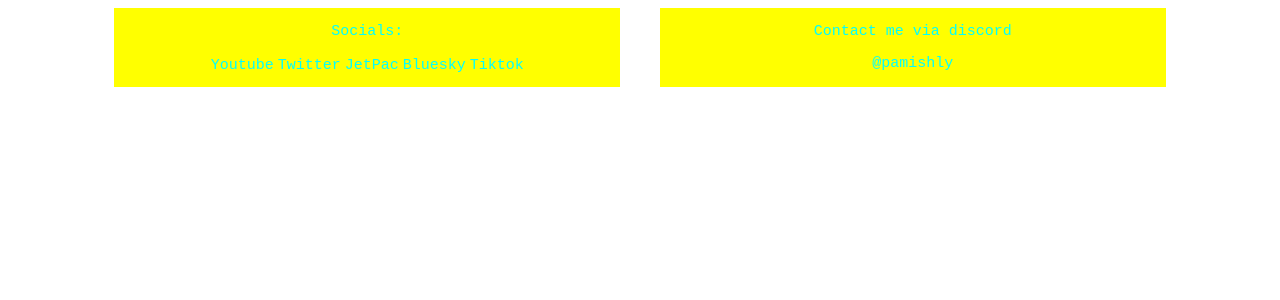
Repository: Pamishly/resources
Page: footer.html
These files come from the project's save history. The page is drawn as it stood at one moment and after the next save; the edit follows.
The browser window is 1280 px wide. The pictures show the whole page.

Above is the page before, as saved 2025-01-26 01:19:52.

After the next save:
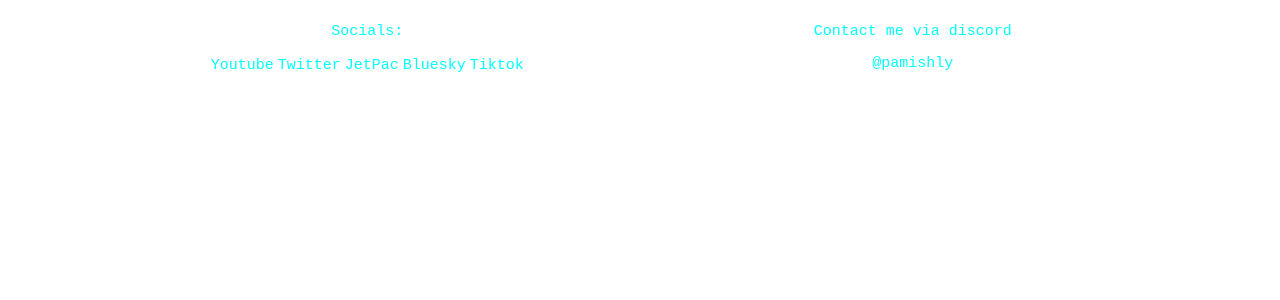
Saved 11 s later.
--- a/footer.html
+++ b/footer.html
@@ -26,12 +26,10 @@
         gap: 40px;
     }
     #contact {
-        background: yellow;
         width: 40%;
         justify-items: center;
     }
     #social {
-        background: yellow;
         width: 40%;
         justify-items: center;
     }
